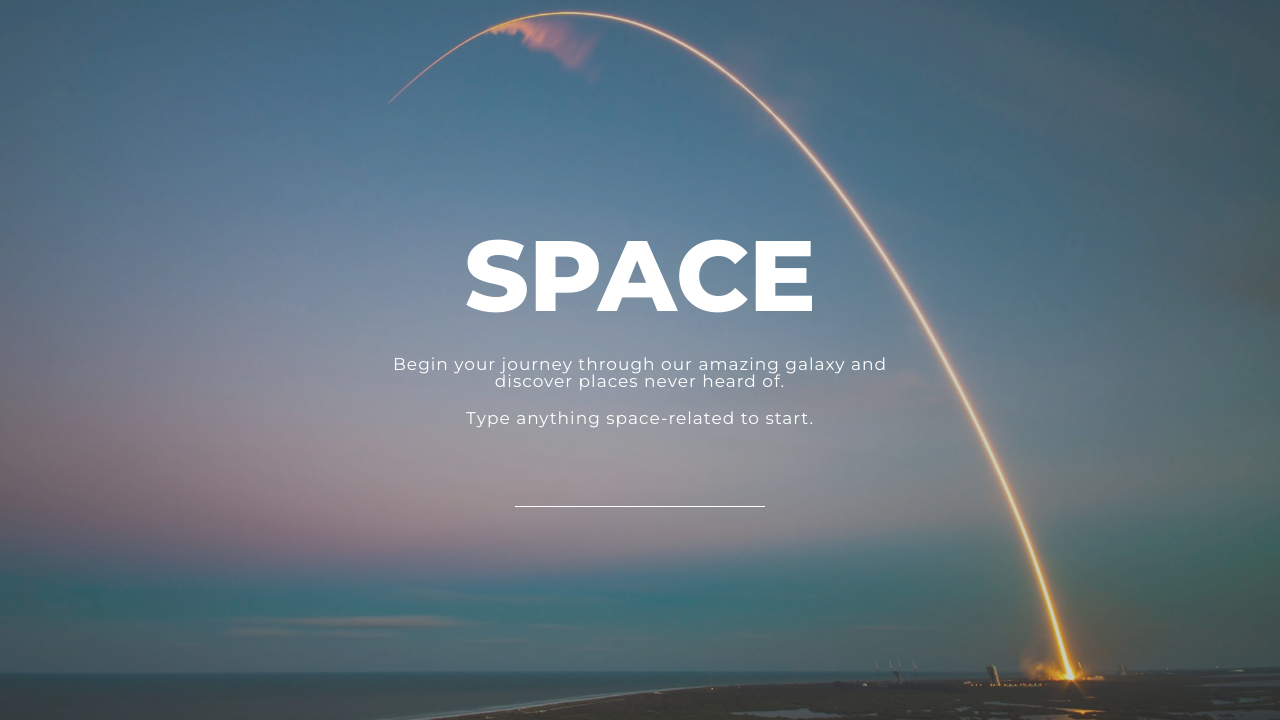
Repository: pmor80/spacer
Page: /
An editor plug-in stored every save of this project. The page is shown before and after the next save, followed by the edit.
The browser window is 1280 px wide. The pictures show the whole page.
The project was rebuilt for these pictures with package versions that can differ from the ones it lists, and the page was loaded fresh each time. Also part of the build but not shown: src/components/Item.vue, src/components/Modal.vue.

Above is the page before, as saved 2019-07-04 09:47:02.

### public/index.html
<!DOCTYPE html>
<html lang="en">
  <head>
    <meta charset="utf-8">
    <meta http-equiv="X-UA-Compatible" content="IE=edge">
    <meta name="viewport" content="width=device-width,initial-scale=1.0">
    <link rel="icon" href="<%= BASE_URL %>favicon.ico">
    <title>spacer</title>
  </head>
  <body>
    <noscript>
      <strong>We're sorry but spacer doesn't work properly without JavaScript enabled. Please enable it to continue.</strong>
    </noscript>
    <div id="app"></div>
    <!-- built files will be auto injected -->
  </body>
</html>

### src/main.js
import Vue from 'vue';
import App from './App.vue';

Vue.config.productionTip = false;

new Vue({
  render: h => h(App),
}).$mount('#app');

### src/App.vue

<template>
  <div :class="[{flexStart: step === 1 }, 'wrapper']">
    <transition name="slide">
      <img src="./assets/logo.svg" class="logo" v-if="step === 1" />
    </transition>
    <transition name="fade">
      <HeroImage v-if="step === 0" />
    </transition>
    <Claim v-if="step === 0" />
    <SearchInput v-model="searchValue" @input="handleInput" :dark="step === 1" />
    <div class="results" v-if="results && !loading && step === 1">
      <Item
        v-for="item in results"
        :item="item"
        :key="item.data[0].nasa_id"
        @click.native="handleModalOpen(item)"
      />
    </div>
    <Modal v-if="modalOpen" :item="modalItem" @closeModal="modalOpen = false" />
  </div>
</template>

<script>
import axios from "axios";
import debounce from "lodash.debounce";
import Claim from "@/components/Claim.vue";
import SearchInput from "@/components/SearchInput.vue";
import HeroImage from "@/components/HeroImage.vue";
import Item from "@/components/Item.vue";
import Modal from "@/components/Modal.vue";

const API = "https://images-api.nasa.gov/search";

export default {
  name: "App",
  components: {
    HeroImage,
    Claim,
    SearchInput,
    Item,
    Modal
  },
  data() {
    return {
      modalOpen: false,
      modalItem: null,
      loading: false,
      step: 0,
      searchValue: "",
      results: []
    };
  },
  methods: {
    handleModalOpen(item) {
      this.modalOpen = true;
      this.modalItem = item;
    },
    // eslint-disable-next-line
    handleInput: debounce(function() {
      this.loading = true;
      console.log(this.searchValue);
      axios
        .get(`${API}?q=${this.searchValue}&media_type=image`)
        .then(response => {
          this.results = response.data.collection.items;
          this.loading = false;
          this.step = 1;
        })
        .catch(error => {
          console.log(error);
        });
    }, 500)
  }
};
</script>

<style lang="scss">
@import url("https://fonts.googleapis.com/css?family=Montserrat:300,400,600,800");

* {
  box-sizing: border-box;
  -webkit-font-smoothing: antialiased;
  -moz-osx-font-smoothing: grayscale;
}

body {
  font-family: "Montserrat", sans-serif;
  margin: 0;
  padding: 0;
}

.fade-enter-active,
.fade-leave-active {
  transition: opacity 0.3s ease;
}
.fade-enter, .fade-leave-to
/* .component-fade-leave-active below version 2.1.8 */ {
  opacity: 0;
}

.slide-enter-active,
.slide-leave-active {
  transition: margin-top 0.3s ease;
}
.slide-enter, .slide-leave-to
/* .component-fade-leave-active below version 2.1.8 */ {
  margin-top: -50px;
}

.loader {
  display: inline-block;
  width: 64px;
  height: 64px;
}
.loader:after {
  content: " ";
  display: block;
  width: 46px;
  height: 46px;
  margin: 1px;
  border-radius: 50%;
  border: 5px solid #1e3d4a;
  border-color: #1e3d4a transparent #1e3d4a transparent;
  animation: loading 1.2s linear infinite;
}
@keyframes loading {
  0% {
    transform: rotate(0deg);
  }
  100% {
    transform: rotate(360deg);
  }
}

.wrapper {
  position: relative;
  margin: 0;
  padding: 30px;
  width: 100%;
  min-height: 100vh;
  display: flex;
  flex-direction: column;
  align-items: center;
  justify-content: center;

  &.flexStart {
    justify-content: flex-start;
  }
}

.logo {
  position: absolute;
  top: 30px;
}

.results {
  margin-top: 50px;
  display: grid;
  grid-template-columns: 1fr 1fr;
  grid-gap: 20px;

  @media (min-width: 768px) {
    grid-template-columns: 1fr 1fr 1fr;
  }
}
</style>

### src/components/Claim.vue
<template>
  <div class="claimWrapper">
    <h1 class="claim">SPACE</h1>
    <p
      class="subclaim"
    >Begin your journey through our amazing galaxy and discover places never heard of.</p>
    <p class="subclaim">Type anything space-related to start.</p>
  </div>
</template>

<script>
export default {
  name: "Claim"
};
</script>

<style lang="scss" scoped>
.claimWrapper {
  display: flex;
  flex-direction: column;
  justify-content: center;
  align-items: center;
  text-align: center;
  color: #fff;
}
.claim {
  font-size: 50px;
  margin: 0;

  @media (min-width: 768px) {
    font-size: 80px;
  }

  @media (min-width: 1024px) {
    font-size: 100px;
  }
}

.subclaim {
  margin: 20px 0 0 0;
  font-size: 13px;

  font-weight: 400;

  @media (min-width: 768px) {
    font-size: 17px;
    width: 500px;
    line-height: 1;
    letter-spacing: 1px;
  }
}
</style>

### src/components/SearchInput.vue
<template>
  <input id="search" name="search" :class="{dark}" :value="value" @input="handleChange" />
</template>

<script>
export default {
  name: "SearchInput",
  props: {
    value: {
      type: String,
      required: true
    },
    dark: {
      type: Boolean,
      default: false
    }
  },
  methods: {
    handleChange(e) {
      this.$emit("input", e.target.value);
    }
  }
};
</script>

<style lang="scss" scoped>
input {
  margin: 50px 0 0 0;
  display: flex;
  flex-direction: column;
  width: 250px;
  color: #fff;
  text-align: center;
  font-size: 18px;
  font-weight: 300;
  height: 30px;
  border: 0;
  background: none;
  border-bottom: 1px solid #fff;
  transition: box-shadow 0.3s ease-out;

  @media (min-width: 1024px) {
    font-weight: 400;
  }
}
input:focus {
  outline: none;
  box-shadow: 0 10px 20px -8px rgba(255, 255, 255, 0.3);
}

.dark {
  color: #1e3d4a;
  border-bottom-color: #1e3d4a;
}

.dark:focus {
  outline: none;
  box-shadow: 0 10px 20px -8px rgba(#1e3d4a, 0.2);
}
</style>

### src/components/HeroImage.vue
<template>
  <div class="heroImage"></div>
</template>

<script>
export default {
  name: "HeroImage"
};
</script>

<style lang="scss" scoped>
.heroImage {
  width: 100%;
  height: 100vh;
  position: fixed;
  top: 0;
  z-index: -1;
  justify-content: center;
  background-image: url("../assets/heroimage.jpg");
  background-repeat: no-repeat;
  background-size: cover;
  background-position: 80% 0%;
}
.heroImage::after {
  content: "";
  background: rgba(0, 0, 0, 0.2);
  position: absolute;
  top: 0;
  left: 0;
  z-index: 1;
  width: 100%;
  height: 100vh;
}
</style>

After the next save:
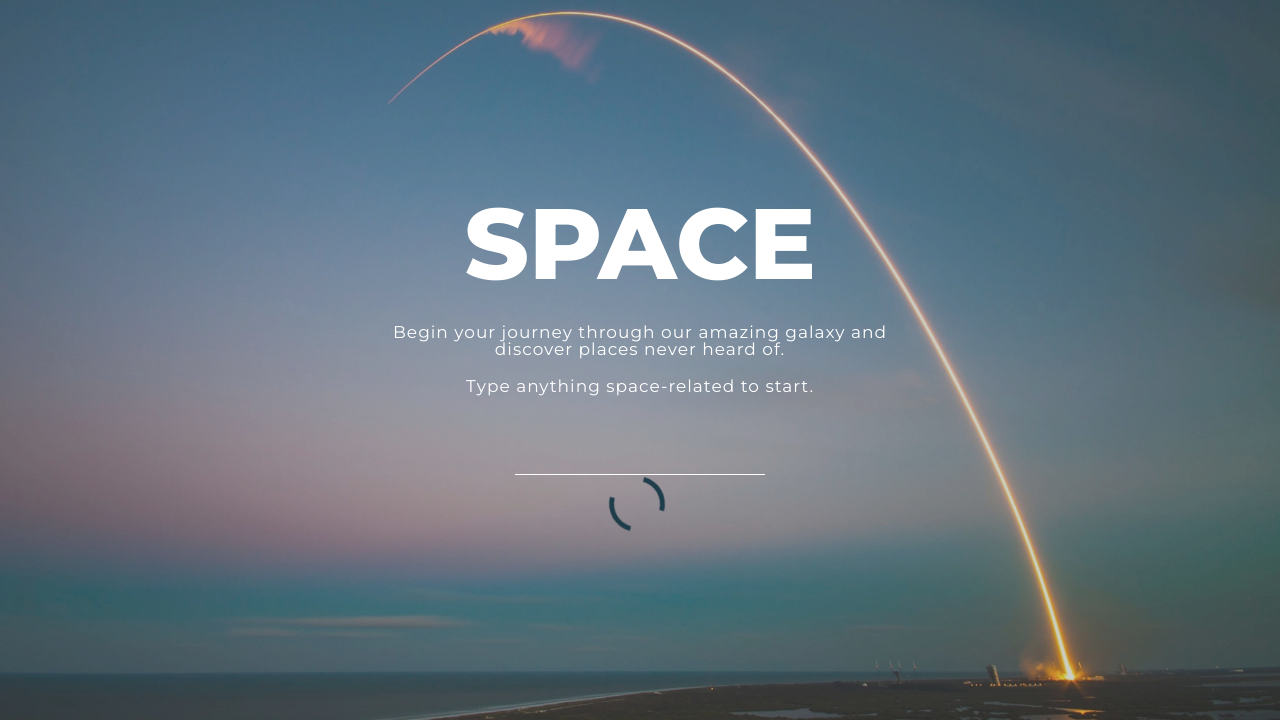
Saved 49 s later.
--- a/src/App.vue
+++ b/src/App.vue
@@ -17,6 +17,7 @@
         @click.native="handleModalOpen(item)"
       />
     </div>
+    <div class="loader"></div>
     <Modal v-if="modalOpen" :item="modalItem" @closeModal="modalOpen = false" />
   </div>
 </template>

After the save that followed:
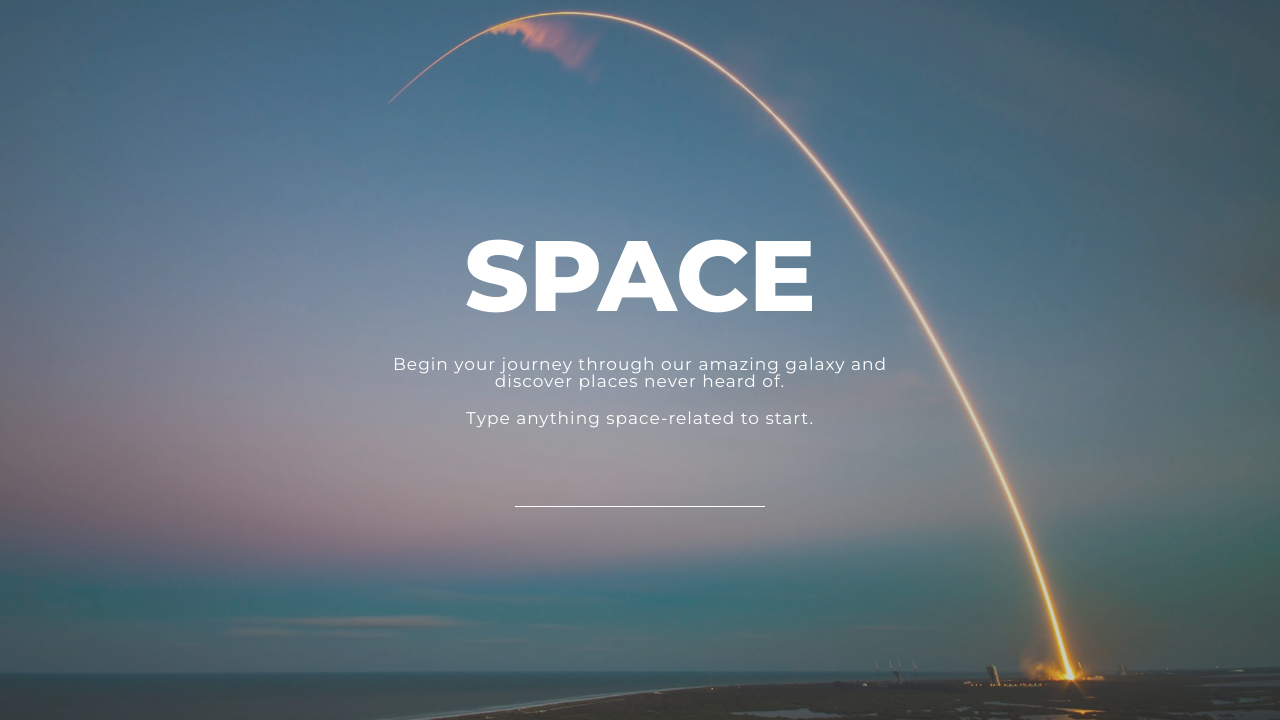
Saved 43 s later.
--- a/src/App.vue
+++ b/src/App.vue
@@ -17,7 +17,7 @@
         @click.native="handleModalOpen(item)"
       />
     </div>
-    <div class="loader"></div>
+    <div class="loader" v-if="step === 1 && loading"></div>
     <Modal v-if="modalOpen" :item="modalItem" @closeModal="modalOpen = false" />
   </div>
 </template>
